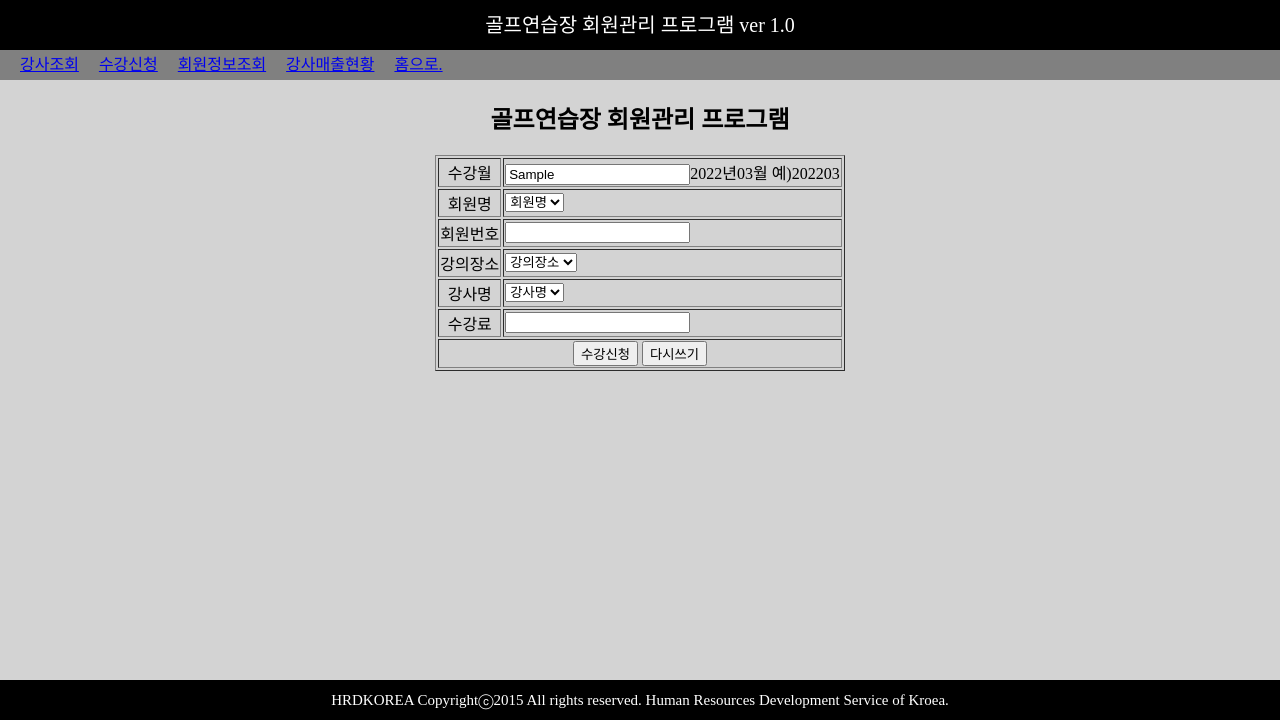
Repository: alsco727/JSP
Page: http://localhost/HRD_2207/insert.jsp
An editor plug-in stored every save of this project. The page is shown before and after the next save, followed by the edit.
The browser window is 1280 px wide. The pictures show the whole page.
Empty fields were first filled with sample values (such as "Sample", 5 or name@example.com).
After loading, the first visible `input[onclick="res()"]` was clicked once.
The page is served by Tomcat 9.

Above is the page before, as saved 2022-10-17 08:07:04.
Console error: SyntaxError: Unexpected token '}'

After the next save:
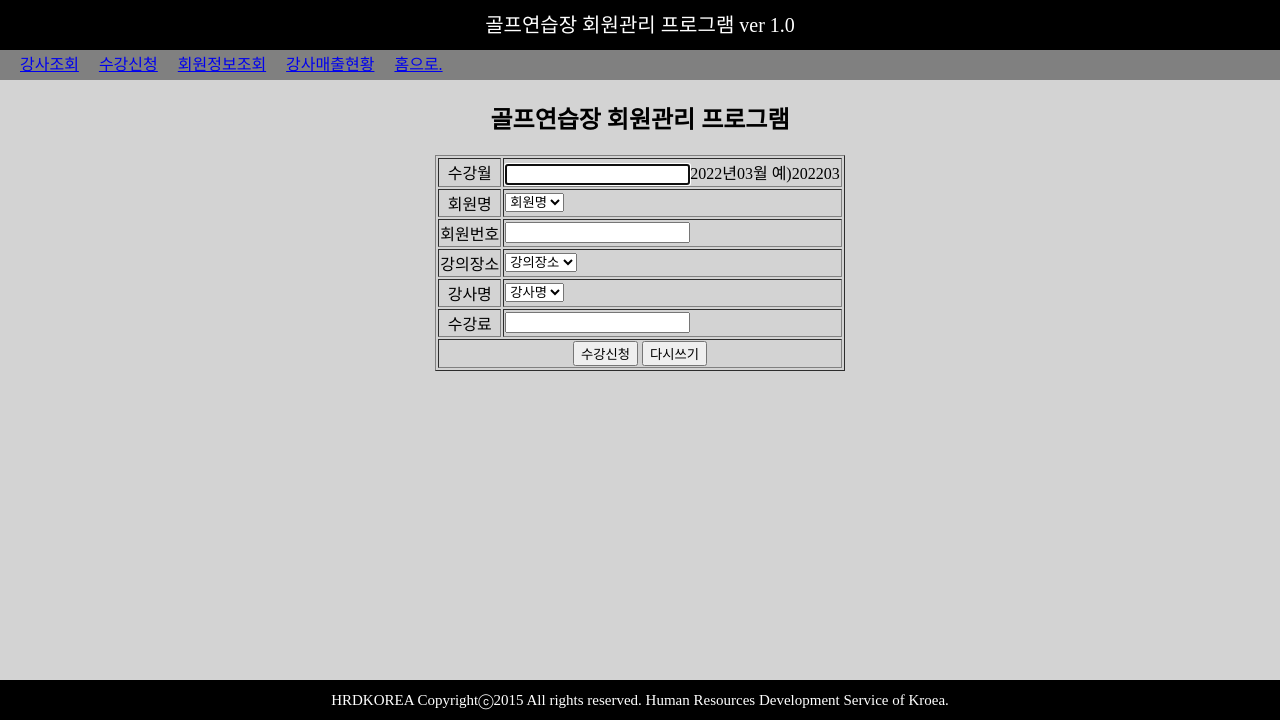
The error is gone.
Saved 34 s later.
--- a/information_Processing/JSP과제7/HRD_2207/src/main/webapp/check.js
+++ b/information_Processing/JSP과제7/HRD_2207/src/main/webapp/check.js
@@ -41,6 +41,6 @@ function addCheck(){
 
 function res(){
 	alert("정보를 지우고 처음부터 다시 입력합니다.");
-	document.frm.reset();
-	document.frm.
+	frm.reset();
+	frm.regist_month.focus();
 }
